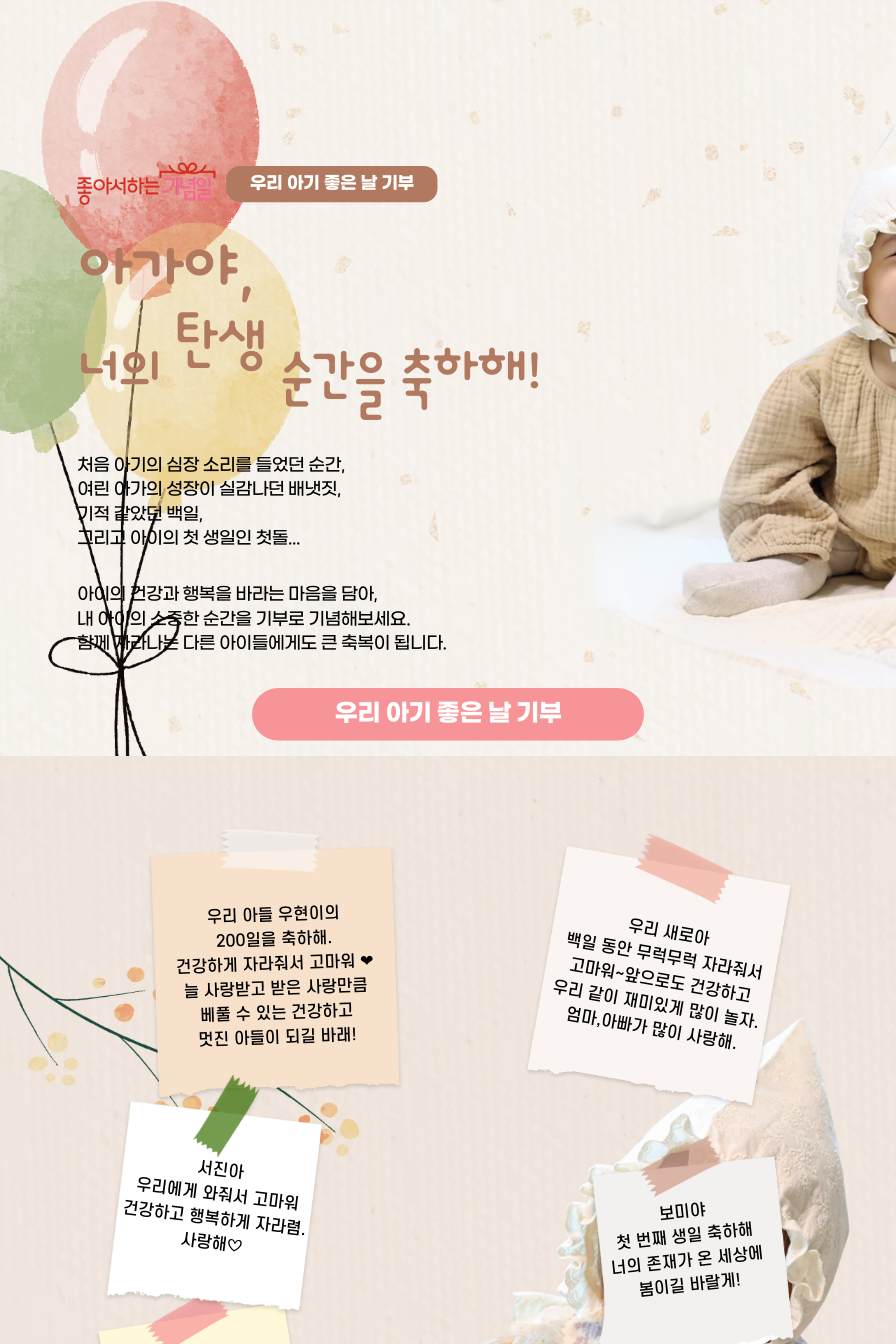
Repository: dlgywls1130/save_the_children
Page: index.html
The author's editor kept a copy of each file at every save. The page is drawn from the files as they stood at one save, then again after the next save.
The browser window is 1280 px wide. The pictures show the part of the page from y = 0 to 1920 px (the page is 8338 px tall), at 70% of full size.

Above is the page before, as saved 2023-12-13 12:26:13.

After the next save:
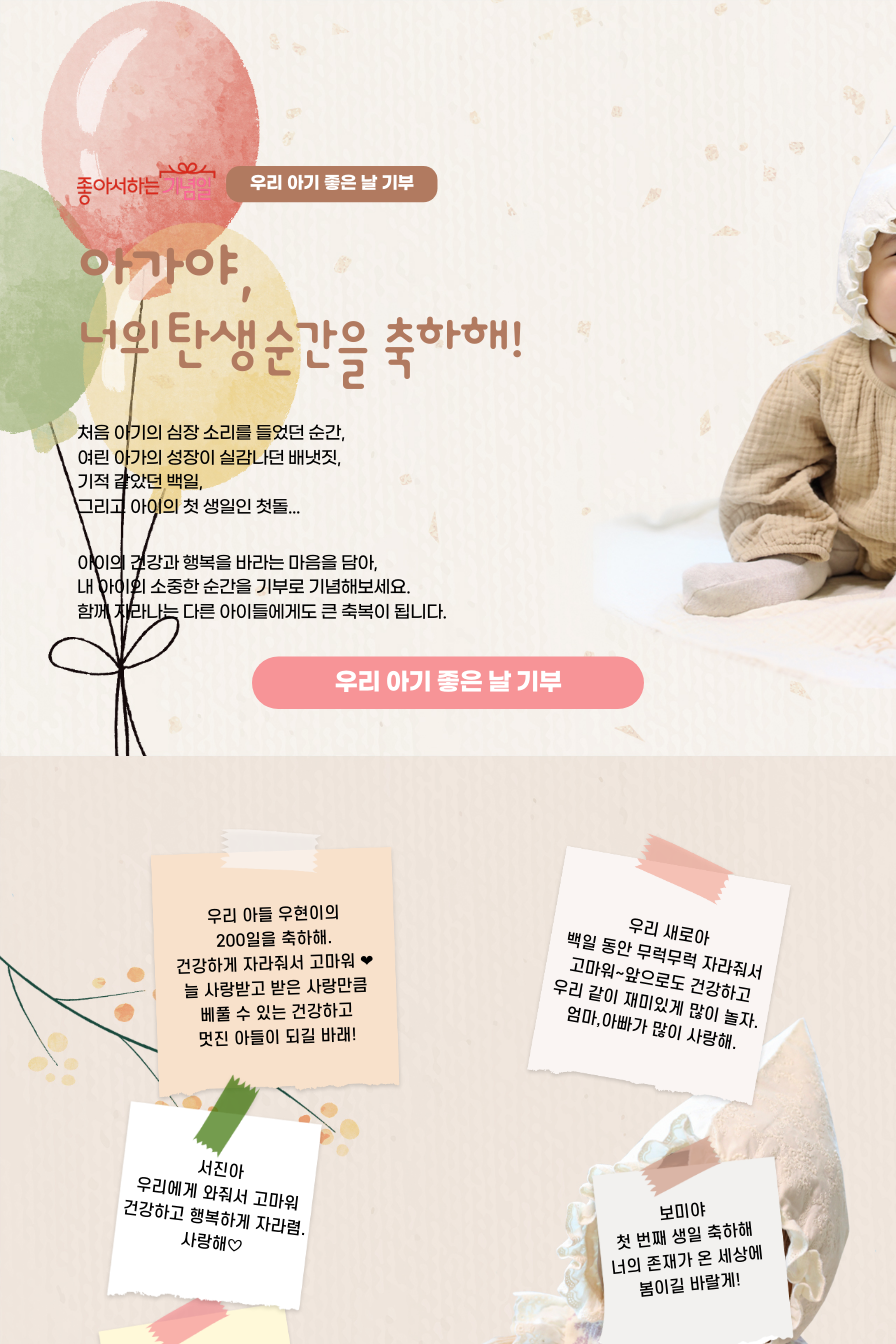
Saved 81 s later.
--- a/css/style.css
+++ b/css/style.css
@@ -177,8 +177,13 @@
     letter-spacing: -0.03em;
     margin-top: -4%;
     margin-bottom: 50px;
-}
-
+    display: flex;
+    align-items: center;
+}
+
+.seo01_title_two span{
+    margin: 0 0.5rem;
+}
 .section_descript{
     font-size: 25px;
     line-height: 35px;
